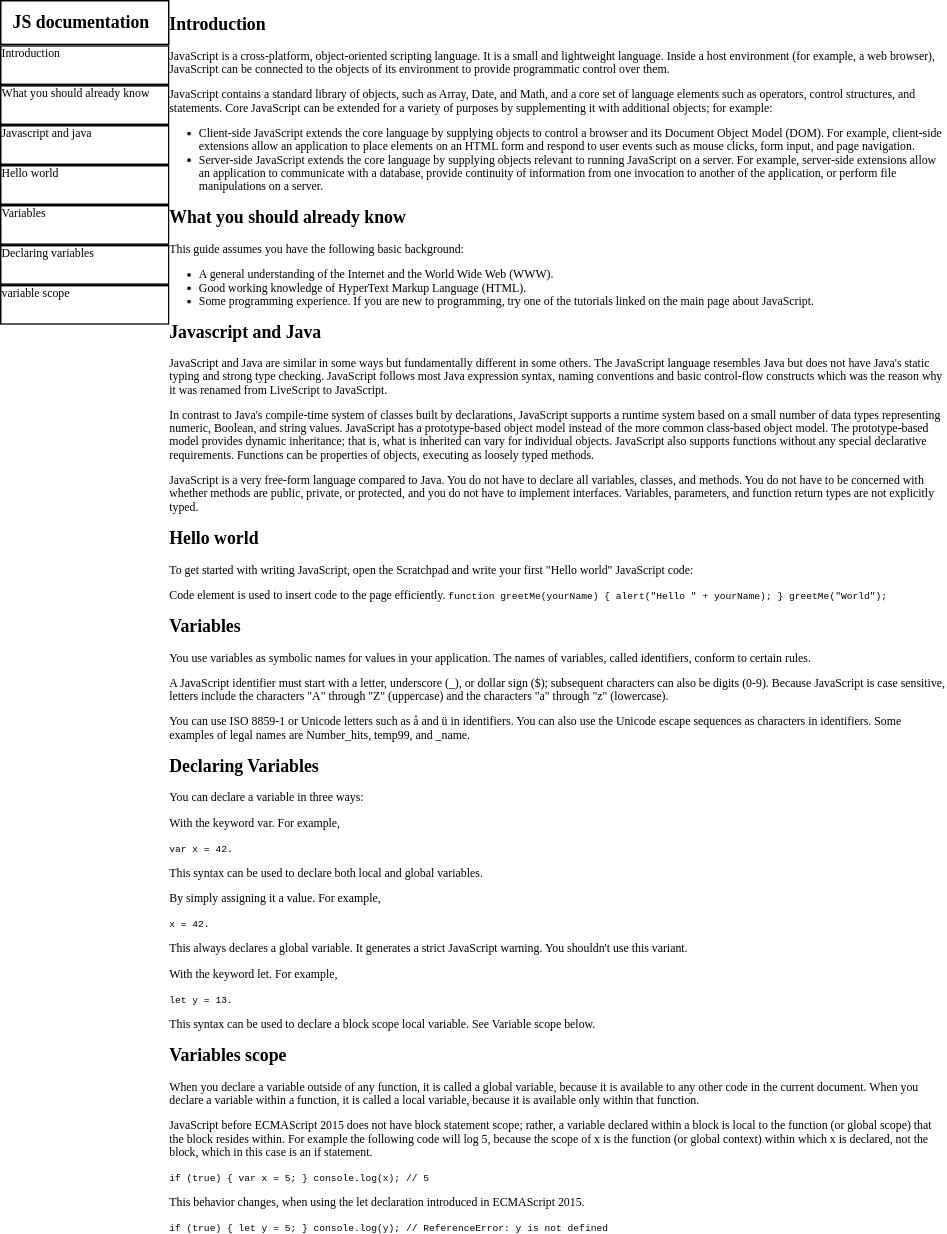
Repository: Pafestivo/Technical-documentation
Page: index.html
These files come from the project's save history. The page is drawn as it stood at one moment and after the next save; the edit follows.
The browser window is 1280 px wide. The pictures show the whole page, at 74% of full size.

Above is the page before, as saved 2022-09-07 13:17:14.

After the next save:
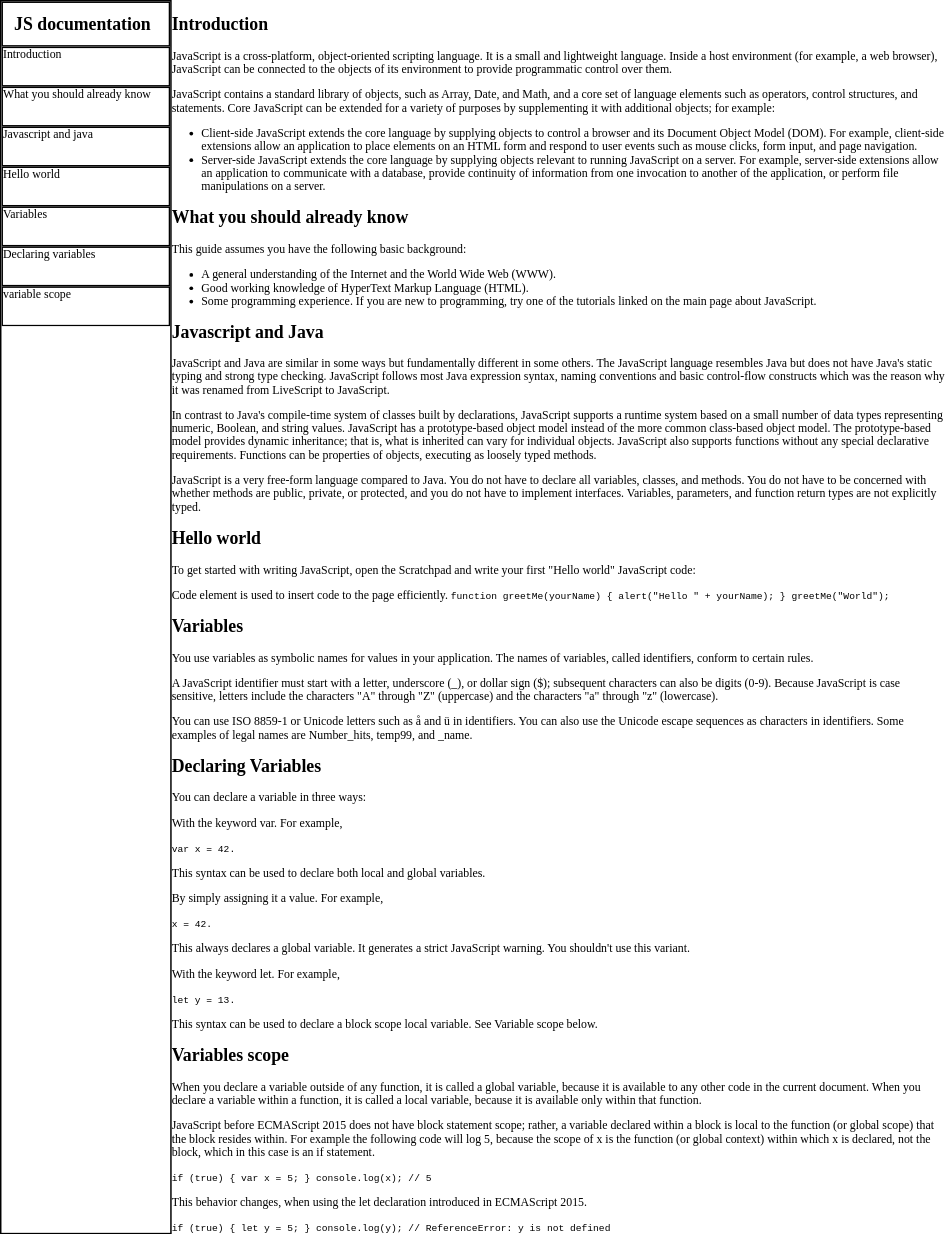
Saved 13 s later.
--- a/styles.css
+++ b/styles.css
@@ -12,6 +12,7 @@ body {
 /* Navigation bar  */
 #navbar {
   width: 800px;
+  border: 2px solid #000;
 }
 
 #navbar header {
